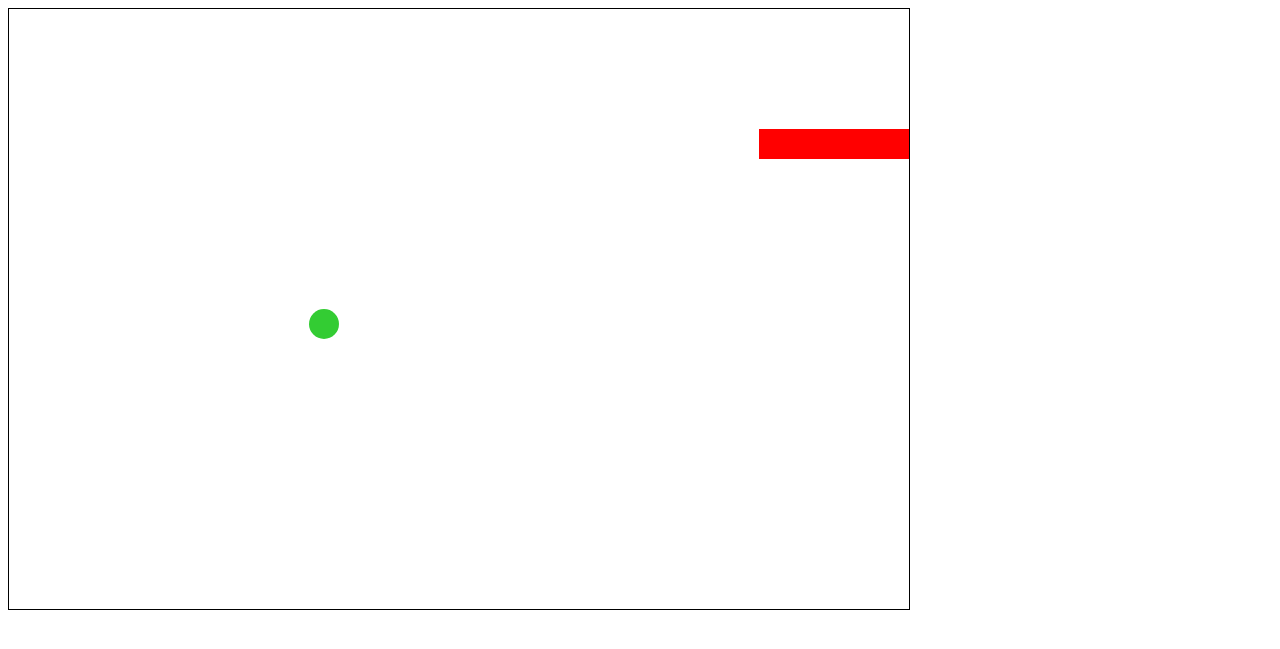
Repository: laben35/snake
Page: index.html
These files come from the project's save history. The page is drawn as it stood at one moment and after the next save; the edit follows.
The browser window is 1280 px wide. The pictures show the whole page.

Above is the page before, as saved 2019-12-08 17:51:58.

### index.html
<!DOCTYPE html>
<html lang="en">
<head>
    <meta charset="UTF-8">
    <meta name="viewport" content="width=device-width, initial-scale=1.0">
    <meta http-equiv="X-UA-Compatible" content="ie=edge">
    <title>The snake game</title>
    <script src="script.js"></script>
</head>
<body>

</body>
</html>

### script.js
window.onload = function()
{
    var canvasWidth = 900;
    var canvasHeight = 600;
    var blockSize = 30;
    var ctx;
    var delay = 100;   // si j'augmente le délai de rafraichissement du canvas,  le serpent avance moins vite, comme ça il se rafraichit une fois toutes les secondes et non toutes les dixièmes de secondes
    var snakee;
    var applee;
    var widthInBlocks = canvasWidth/blockSize;  //la largeur en terme de block sera la largeur divisée par la taille du bloc c'est à dire, la largeur est de 900px et la taille du bloc (blockSize) est de 30px ==> notre largeur en terme de blocks sera de 30px var 30*30=900
    var heightInBocks = canvasHeight/blockSize; //600/30 = 20

    init();

    function init()
    {
            var canvas = document.createElement('canvas');  //Canvas élément HTML qui permet de dessiner notre page HTML
            canvas.width = canvasWidth;
            canvas.height = canvasHeight;
            canvas.style.border = "1px solid";
            document.body.appendChild(canvas);
            ctx = canvas.getContext('2d');
            snakee = new Snake( [[6,4], [5,4], [4,4], [3,4], [2,4]], "right");
            applee = new Apple([10,10]);
            refreshCanvas();
    }

    //fonction qui rafraichit le canvas
    function refreshCanvas()
    {
        snakee.advance();
        if(snakee.checkCollision())
        {
            //Game over
        }
        else
        {
            if(snakee.isEatingApple(applee))         // Condition est-ce que le serpent a mangé un fruit
            {
                snakee.ateApple = true;   //le serpent a bien mangé un fruit
                do
                {
                    applee.setNewPosition();     //Le serpent a mangé un fruit donc on va replacer le fruit à un autre endroit d'où la nouvelle méthode: setNewPosition()
                }
                while(applee.isOnSnake(snakee))

            }
            ctx.clearRect(0,0,canvasWidth, canvasHeight);
            snakee.draw();
            applee.draw();
            setTimeout(refreshCanvas, delay);
        }
    }

    function drawBlock(ctx, position)
    {
        var x = position[0] * blockSize;
        var y = position[1] * blockSize;
        ctx.fillRect(x,y, blockSize, blockSize);
    }

    //Le constructeur
    function Snake(body, direction)
    {
        this.body = body;
        this.direction = direction;
        this.ateApple = false;      //Pour savoir si mon serpent a mangé un fruit pour le faire grandir  ==> ajout de cette propriété...
        this.draw = function()
        {
            ctx.save();
            ctx.fillStyle = "#ff0000";
            for(var i = 0; i < this.body.length; i++)
           {
               drawBlock(ctx, this.body[i]);
           }
           ctx.restore();
        };
        this.advance = function()
        {
            var nextPosition = this.body[0].slice();
            switch(this.direction)
            {
                case "left":
                    nextPosition[0] -= 1;    //ici c'est la position du x
                    break;
                case "right":
                    nextPosition[0] += 1;
                    break;
                case "down":
                    nextPosition[1] += 1;   //ici c'est la position du y
                    break;
                case "up":
                    nextPosition[1] -= 1;
                    break;
                default:
                    throw("Invalid Direction");
            }
            this.body.unshift(nextPosition);
            if(!this.ateApple)
                this.body.pop();  // Le serpent a mangé un fruit. Ici le pop me permets d'enlever le dernier bloc cad on avançait la tête d'une position et on supprimait la dernière donc mon serpent restait à la même taille
            else
                  this.ateApple = false;
        };
        this.setDirection = function(newDirection)
        {
            var allowedDirections;
            switch(this.direction)
            {
                case "left":
                case "right":
                    allowedDirections = ["up", "down"];
                    break;
                case "down":
                case "up":
                    allowedDirections = ["left", "right"];
                    break;
                default:
                    throw("Invalid Direction");
            }
            if(allowedDirections.indexOf(newDirection) > -1)   //Si c'est >-1 alors ma nouvelle direction est permise
            {
                this.direction = newDirection;
            }
        };
        this.checkCollision = function()   //Fonction pour délimiter l'espace du serpent ==> pour ne pas qu'il sorte du canvas sinon game over
        {
            var wallCollision = false;  //si le serpent rentre dans le mur ==> les limites du canvas
            var snakeCollision = false; //si le serpent rentre sur lui-même
            var head =  this.body[0];   // c'est la tête qui prend la collision donc c'est cette partie que l'on vérifie
            var rest = this.body.slice(1);      //rest du corps du serpent en utilisant la fonction slice et autant qu'il passe sur la valeur 0 et va nous copier tout le reste dans ce array rest.
            var snakeX = head[0];
            var snakeY = head[1];
            var minX = 0;
            var minY = 0;
            var maxX = widthInBlocks - 1;
            var maxY = heightInBocks - 1;
            var isNotBetweenHorizontalWalls = snakeX < minX || snakeX > maxX;
            var isNotBetweenVerticalWalls = snakeY < minY || snakeY > maxY;

            if(isNotBetweenHorizontalWalls || isNotBetweenVerticalWalls)
            {
                wallCollision = true;
            }

            for(var i = 0; i < rest.length; i++)
            {
                if(snakeX === rest[i][0] && snakeY === rest[i][1])  //je vérifie si la tête du serpent est sur l'élément 0 ==>[i] et son X à lui [0] et je vérifie si la tête snakeX et l"élément du corps rest[i][0] ont le même X et le même Y ce qui voudrait dire que la tête du serpent est sur la même X qu'une des case du reste du serpent
                {
                    snakeCollision = true;
                }
            }
            return wallCollision || snakeCollision;
        };
        this.isEatingApple = function(appleToEat)
        {
            var head = this.body[0];  //Je déclare une variable et là, je vérifie si le X de la tête cad le head[0] est égale au corps à la place 0 c'est le 1er élément du corps de mon serpent
            if(head[0] === appleToEat.position[0] && head[1] === appleToEat.position[1])
            {
                return true;  //si cette condition est vrai, le serpent a mangé le fruit sinon rien
            }
            else
                return false;
        };
    }

    function Apple(position)
    {
        this.position = position;
        this.draw = function()
        {
            ctx.save();
            ctx.fillStyle = "#33cc33";   // couleur de la pomme
            ctx.beginPath();    //dessin de la pomme qui est ronde donc on utilise radius
            var radius = blockSize/2;
            var x = this.position[0]*blockSize + radius;
            var y = this.position[1]*blockSize + radius;
            ctx.arc(x,y, radius, 0, Math.PI*2, true);    //Dessin du cercle
            ctx.fill();
            ctx.restore();
        };
        this.setNewPosition = function()   //Je veux que cette méthode soit aléatoire donc un endroit au hasard dans mon canvas
        {
            var newx = Math.round(Math.random() * (widthInBlocks - 1));
            var newY = Math.round(Math.random() * (heightInBocks - 1));
            this.position = [newx, newY];
        };
        this.isOnSnake = function(snakeToCheck)          //métohde qui vérifie si le fruit est sur le serpent puisque sa position est aléatoire
        {
            var isOnSnake = false;

            for(var i = 0; i < snakeToCheck.body.length; i++ )  // Pour cette vérification, je fais une boucle et je passe sur chacun des blocks de mon serpent
            {
                if(this.position[0] === snakeToCheck.body[i][0] && this.position[1] === snakeToCheck.body[i][1])
                {
                   isOnSnake = true;
                }
            }
            return isOnSnake;
        };
    }

    document.onkeydown = function handleKeyDown(e)   //évènement
    {
        var key = e.keyCode;      //Nous donne le code de la touche qui a été appuyée
        var newDirection;        //nouvelle direction en fonction de la touche qui a été appuyée
        switch(key)             //swith sur la touche appuyée
        {
            case 37:   //flèche qui va à gauche
                newDirection = "left";
                break;
            case 38:   //flèche qui va en haut
                newDirection = "up";
                break;
            case 39:   //flèche qui va à droite
                newDirection = "right";
                break;
            case 40:    //flèche qui va en bas
                newDirection = "down";
                break;
                default:
                    return;
        }
        snakee.setDirection(newDirection);
    }

}

After the next save:
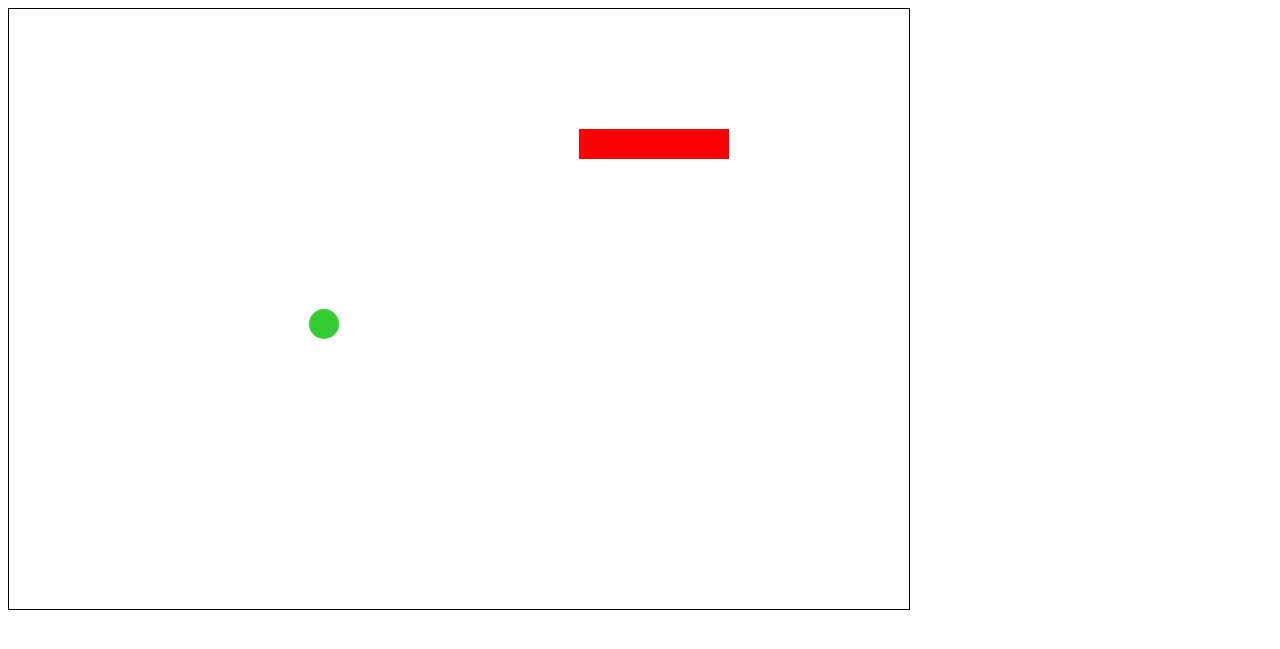
Saved 2 min 23 s later.
--- a/script.js
+++ b/script.js
@@ -4,7 +4,7 @@
     var canvasHeight = 600;
     var blockSize = 30;
     var ctx;
-    var delay = 100;   // si j'augmente le délai de rafraichissement du canvas,  le serpent avance moins vite, comme ça il se rafraichit une fois toutes les secondes et non toutes les dixièmes de secondes
+    var delay = 300;   // si j'augmente le délai de rafraichissement du canvas,  le serpent avance moins vite, comme ça il se rafraichit une fois toutes les secondes et non toutes les dixièmes de secondes
     var snakee;
     var applee;
     var widthInBlocks = canvasWidth/blockSize;  //la largeur en terme de block sera la largeur divisée par la taille du bloc c'est à dire, la largeur est de 900px et la taille du bloc (blockSize) est de 30px ==> notre largeur en terme de blocks sera de 30px var 30*30=900

After the save that followed:
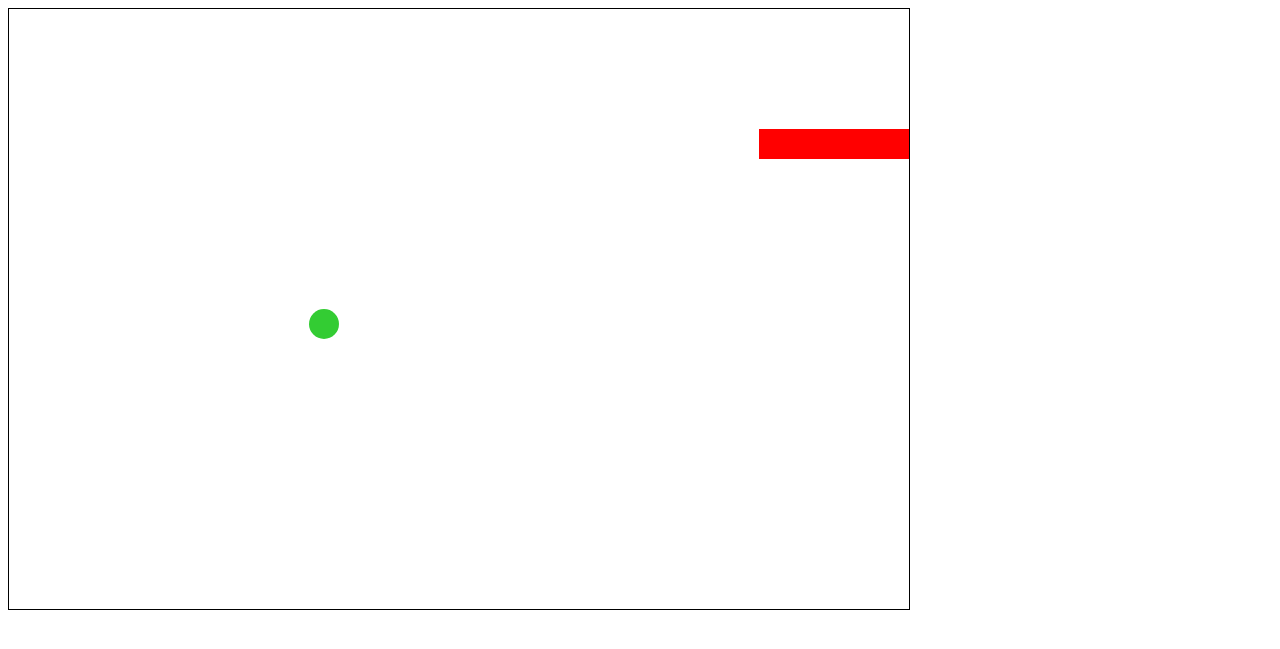
Saved 19 s later.
--- a/script.js
+++ b/script.js
@@ -4,7 +4,7 @@
     var canvasHeight = 600;
     var blockSize = 30;
     var ctx;
-    var delay = 300;   // si j'augmente le délai de rafraichissement du canvas,  le serpent avance moins vite, comme ça il se rafraichit une fois toutes les secondes et non toutes les dixièmes de secondes
+    var delay = 150;   // si j'augmente le délai de rafraichissement du canvas,  le serpent avance moins vite, comme ça il se rafraichit une fois toutes les secondes et non toutes les dixièmes de secondes
     var snakee;
     var applee;
     var widthInBlocks = canvasWidth/blockSize;  //la largeur en terme de block sera la largeur divisée par la taille du bloc c'est à dire, la largeur est de 900px et la taille du bloc (blockSize) est de 30px ==> notre largeur en terme de blocks sera de 30px var 30*30=900
